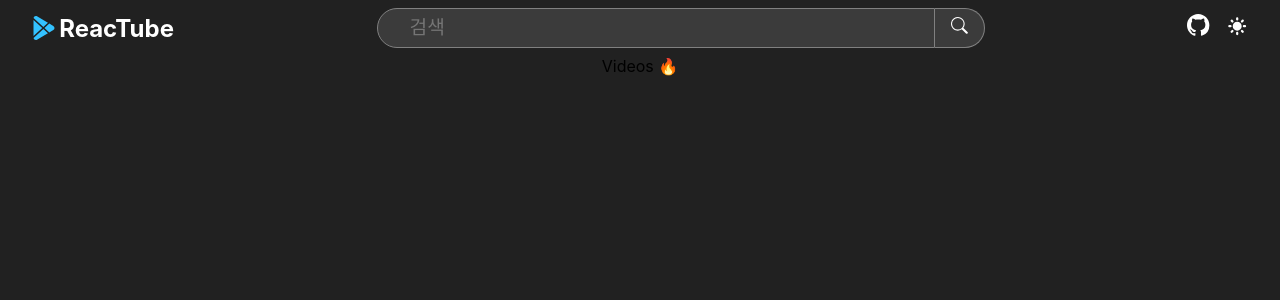
Repository: MrJinkyu/youtube
Page: /
These files come from the project's save history. The page is drawn as it stood at one moment and after the next save; the edit follows.
The browser window is 1280 px wide. The pictures show the whole page.
The project was rebuilt for these pictures with package versions that can differ from the ones it lists, and the page was loaded fresh each time. Also part of the build but not shown: src/pages/NotFound.jsx, src/pages/VideoDetail.jsx.

Above is the page before, as saved 2023-05-09 18:07:14.

### public/index.html
<!DOCTYPE html>
<html lang="en">
  <head>
    <meta charset="utf-8" />
    <link rel="icon" href="%PUBLIC_URL%/favicon.ico" />
    <meta name="viewport" content="width=device-width, initial-scale=1" />
    <meta name="theme-color" content="#000000" />
    <meta
      name="description"
      content="Web site created using create-react-app"
    />
    <link rel="apple-touch-icon" href="%PUBLIC_URL%/logo192.png" />
    <!--
      manifest.json provides metadata used when your web app is installed on a
      user's mobile device or desktop. See https://developers.google.com/web/fundamentals/web-app-manifest/
    -->
    <link rel="manifest" href="%PUBLIC_URL%/manifest.json" />
    <!--
      Notice the use of %PUBLIC_URL% in the tags above.
      It will be replaced with the URL of the `public` folder during the build.
      Only files inside the `public` folder can be referenced from the HTML.

      Unlike "/favicon.ico" or "favicon.ico", "%PUBLIC_URL%/favicon.ico" will
      work correctly both with client-side routing and a non-root public URL.
      Learn how to configure a non-root public URL by running `npm run build`.
    -->
    <title>ReacTube</title>
  </head>
  <body>
    <noscript>You need to enable JavaScript to run this app.</noscript>
    <div id="root"></div>
    <!--
      This HTML file is a template.
      If you open it directly in the browser, you will see an empty page.

      You can add webfonts, meta tags, or analytics to this file.
      The build step will place the bundled scripts into the <body> tag.

      To begin the development, run `npm start` or `yarn start`.
      To create a production bundle, use `npm run build` or `yarn build`.
    -->
  </body>
</html>

### src/index.js
import React from 'react';
import ReactDOM from 'react-dom/client';
import './index.css';
import App from './App';
import reportWebVitals from './reportWebVitals';
import {
  createBrowserRouter,
  RouterProvider,
} from "react-router-dom";
import NotFound from './pages/NotFound';
import Videos from './pages/Videos';
import VideoDetail from './pages/VideoDetail';

const router = createBrowserRouter([
  {
    path: "/",
    element: <App/>,
    errorElement: <NotFound/>,
    children: [
      { index: true, element: <Videos/> },
      { path: '/videos', element: <Videos/> },
      { path: '/videos/:keyword', element: <Videos/> },
      { path: '/videos/watch/:videoId', element: <VideoDetail/> }
    ]
  },
]);

const root = ReactDOM.createRoot(document.getElementById('root'));
root.render(
  <React.StrictMode>
    <RouterProvider router={router} />
  </React.StrictMode>
);

// If you want to start measuring performance in your app, pass a function
// to log results (for example: reportWebVitals(console.log))
// or send to an analytics endpoint. Learn more: https://bit.ly/CRA-vitals
reportWebVitals();

### src/index.css
*{
  box-sizing: border-box;
  padding: 0;
  margin: 0;
}

button{
  cursor: pointer;
  border: none;
  outline: none;
  background-color: transparent;
}

body {
  margin: 0;
  font-family: -apple-system, BlinkMacSystemFont, 'Segoe UI', 'Roboto', 'Oxygen',
    'Ubuntu', 'Cantarell', 'Fira Sans', 'Droid Sans', 'Helvetica Neue',
    sans-serif;
  -webkit-font-smoothing: antialiased;
  -moz-osx-font-smoothing: grayscale;
  background-color: #212121;
  width: 100%;
  height: 100%;
  text-align: center;
}

code {
  font-family: source-code-pro, Menlo, Monaco, Consolas, 'Courier New',
    monospace;
}

### src/App.js
import './App.css';
import SearchHeader from './components/SearchHeader';
import { Outlet } from 'react-router-dom';

function App() {
  return (
    <div className="App">
      <SearchHeader/>
      <Outlet/>
    </div>
  );
}

export default App;

### src/pages/Videos.jsx
import React from 'react';
import { useParams } from 'react-router-dom';

export default function Videos() {
    const { keyword } = useParams();
    return (
        <div>
            Videos {keyword ? `🔍${keyword}` : '🔥'}
        </div>
    );
}

### src/App.css
.App{
    width: 100%;
    height: 100%;
    max-width: 1536px;
    margin: 0 auto;
}

### src/components/SearchHeader.jsx
import React, { useEffect, useState } from 'react';
import { BsGooglePlay, BsSearch, BsGithub } from 'react-icons/bs';
import { HiSun } from 'react-icons/hi';
import { useNavigate, useParams, Link } from 'react-router-dom';
import styles from './SearchHeader.module.css';

export default function SearchHeader() {
    const { keyword } = useParams();
    const navigate = useNavigate();
    const [text, setText] = useState('');
    const handleChange = (e) => setText(e.target.value);
    const handleSubmit = (e) => {
        e.preventDefault();
        if(text.trim().length === 0){
            return ;
        }
        navigate(`/videos/${text}`);
        setText('');
    }
    useEffect(() => {
        setText(keyword || '');
    },[keyword]);
    return (
        <header className={styles.header}>
            <Link to='/' className={styles.logo}>
                <BsGooglePlay className={styles.icon}/>
                <h1 className={styles.title}>ReacTube</h1>
            </Link>
            <form onSubmit={handleSubmit} className={styles.form}>
                <input
                    className={styles.text}
                    type="text"
                    placeholder='검색'
                    value={text}
                    onChange={handleChange}
                />
                <button className={styles.searchBtn}><BsSearch/></button>
            </form>
            <div className={styles.btns}>
                <button className={styles.btn}>
                    <a className={styles.link} href='https://github.com/MrJinkyu?tab=repositories' target='blank'>
                        <BsGithub/>
                    </a>
                </button>
                <button className={styles.btn}>
                    <HiSun className={styles.mode}/>
                </button>
            </div>
        </header>
    );
}

### src/components/SearchHeader.module.css
header{
    padding: 0.5rem 2rem;
    width: 100%;
    display:  flex;
    justify-content: space-between;
    align-items: center;
}

.logo{
    text-decoration: none;
    display: flex;
    align-items: center;
}

.icon{
    color: #33c2ff;
    font-size: 1.5rem;
    margin-right: 0.2rem;
}

.title{
    color: white;
    font-size: 1.5rem;
}

.form{
    width: 50%;
    display: flex;
    justify-content: center;
    align-items: center;
}

.text{
    width: 100%;
    border: 1px solid grey;
    border-top-left-radius: 1.5rem;
    border-bottom-left-radius: 1.5rem;
    padding: 0.5rem 2rem;
    font-size: 1.2rem;
    color: white;
    outline: none;
    background-color: #3b3b3b;
}

.text:hover{
    border-color: #33c2ff;
}

.searchBtn{
    border: 1px solid grey;
    border-top-right-radius: 1.5rem;
    border-bottom-right-radius: 1.5rem;
    border-left: none;
    padding: 0.5rem 1rem;
    font-size: 1.05rem;
    color: white;
    outline: none;
    background-color: #3b3b3b;
}

.searchBtn:hover{
    filter: brightness(125%);
}

.btns{
    display: flex;
    align-items: center;
}

.link{
    color: white;
    text-decoration: none;
    margin-right: 1rem;
    font-size: 1.4rem;
    transition: all 150ms ease-out;
}

.mode{
    color: white;
    font-size: 1.4rem;
    transition: all 150ms ease-out;
}

.btn:hover{
    transform: scale(1.1);
}

Loaded but not shown: src/reportWebVitals.js (common file)

After the next save:
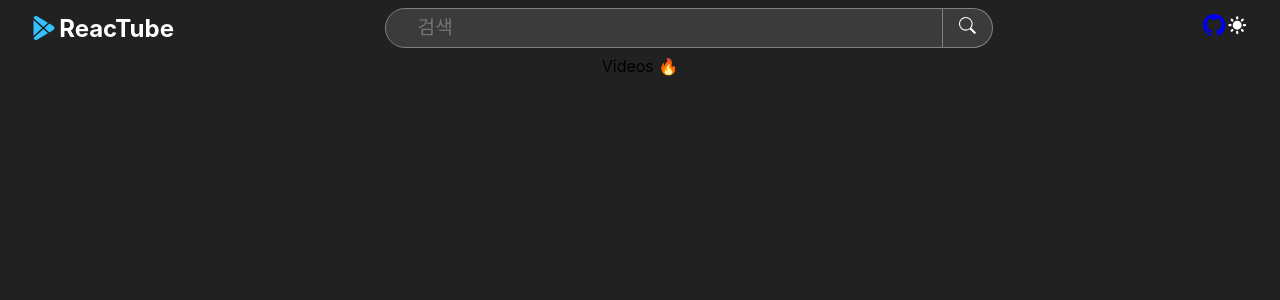
Saved 27 s later.
--- a/src/components/SearchHeader.module.css
+++ b/src/components/SearchHeader.module.css
@@ -67,15 +67,7 @@
     align-items: center;
 }
 
-.link{
-    color: white;
-    text-decoration: none;
-    margin-right: 1rem;
-    font-size: 1.4rem;
-    transition: all 150ms ease-out;
-}
-
-.mode{
+.btn{
     color: white;
     font-size: 1.4rem;
     transition: all 150ms ease-out;
